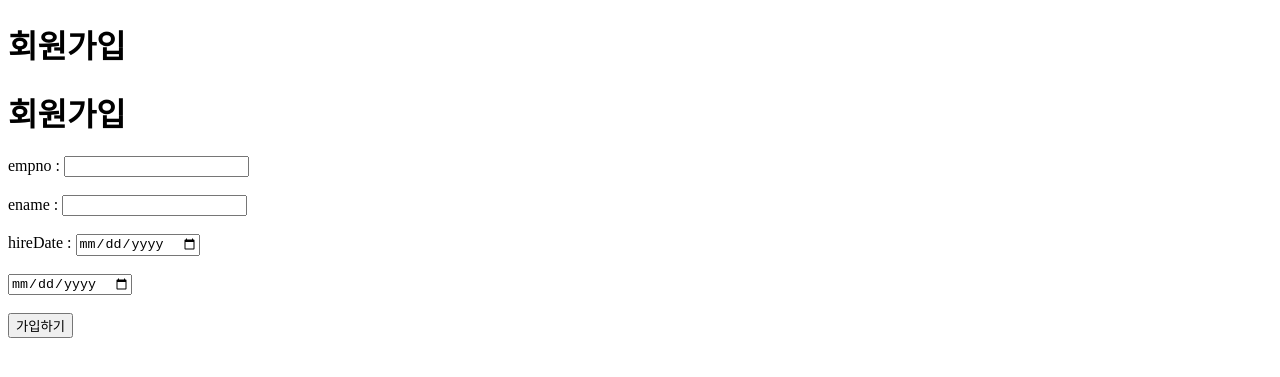
Repository: polikiki/Connor-s-team-projectt
Page: http://localhost/proj6_myBatis/emp0?cmd=join
An editor plug-in stored every save of this project. The page is shown before and after the next save, followed by the edit.
The browser window is 1280 px wide. The pictures show the whole page.
The page is served by Tomcat 9.

Above is the page before, as saved 2024-09-20 01:21:42.

After the next save:
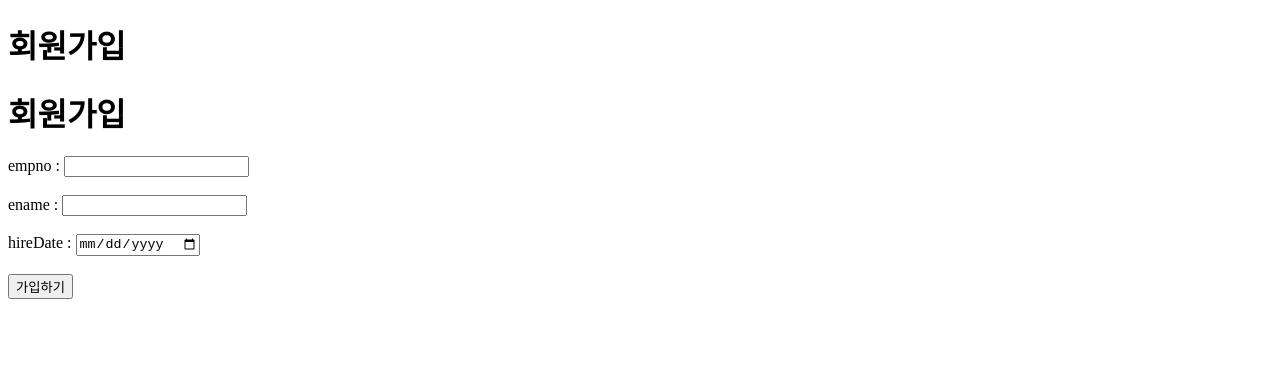
Saved 34 s later.
--- a/workspace_java/proj6_myBatis/src/main/webapp/WEB-INF/views/empjoin.jsp
+++ b/workspace_java/proj6_myBatis/src/main/webapp/WEB-INF/views/empjoin.jsp
@@ -58,9 +58,13 @@
 		</c:otherwise>
 </c:choose>
 	<br>
-	<input type="date" name="hireDate"><br>
-	<br>
-	<input type="submit" value="가입하기">
+	<c:choose>
+		<c:when test='${cmd == "detail"}'>
+		</c:when>
+		<c:otherwise>
+			<input type="submit" value="가입하기"><br>
+		</c:otherwise>
+</c:choose>
 </form>
 </body>
 </html>
